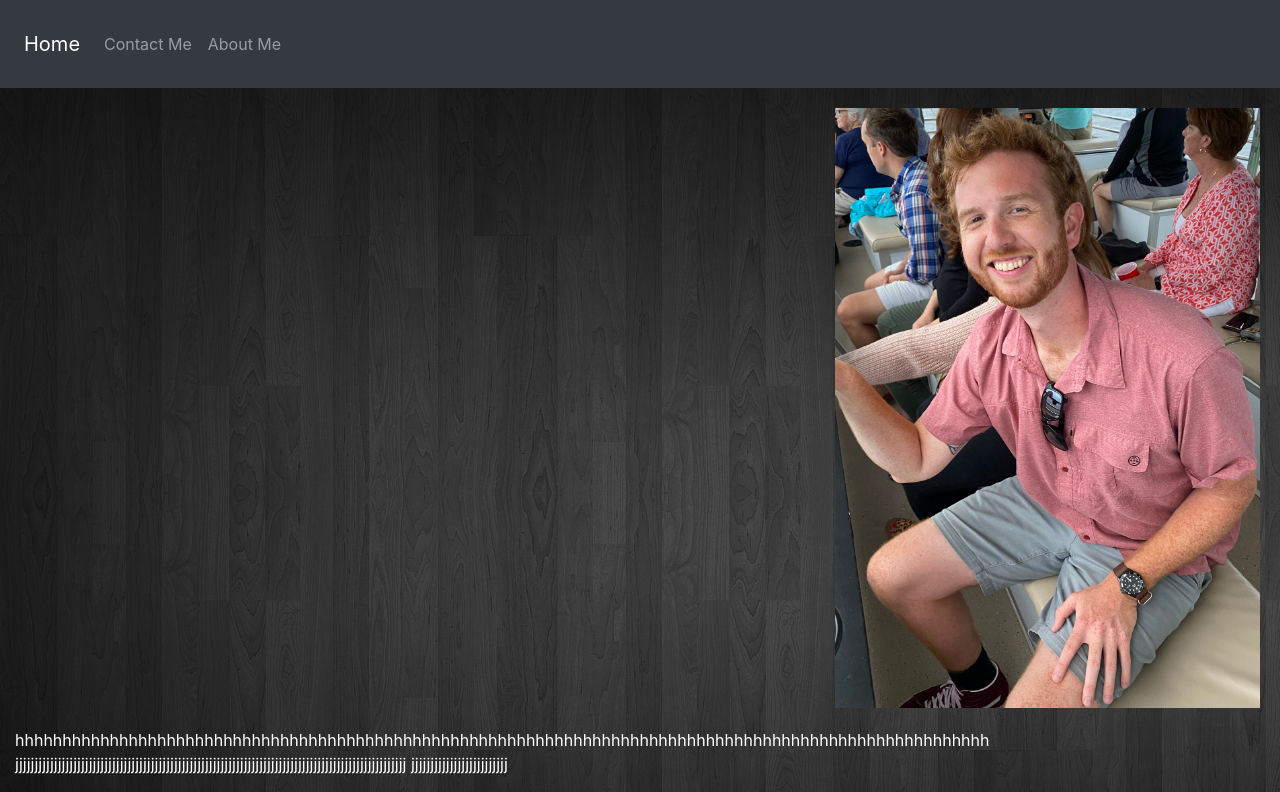
Repository: dupbd/portfolioWebPage
Page: BensSite/src/main/resources/static/aboutMe.html
These files come from the project's save history. The page is drawn as it stood at one moment and after the next save; the edit follows.
The browser window is 1280 px wide. The pictures show the whole page.

Above is the page before, as saved 2021-02-04 01:33:45.

After the next save:
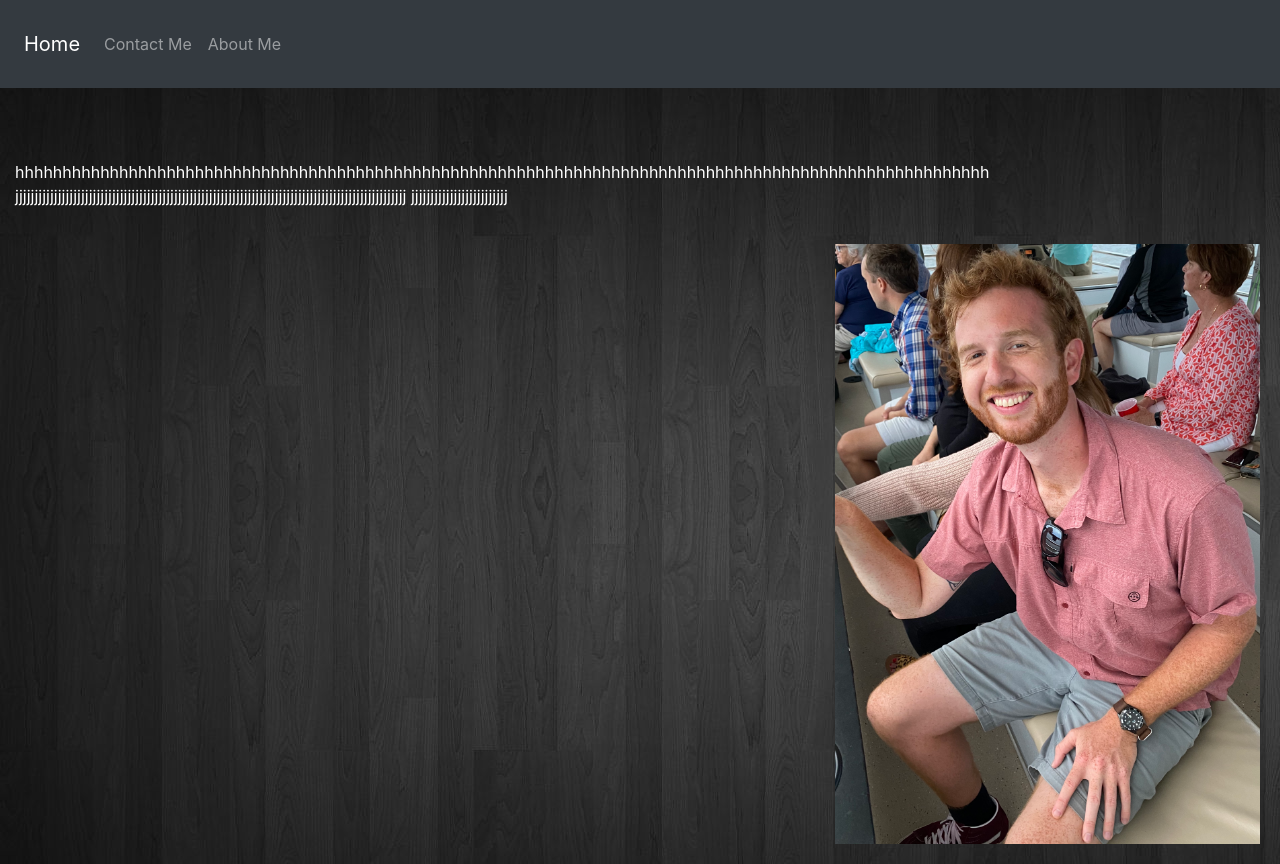
Saved 19 s later.
--- a/BensSite/src/main/resources/static/aboutMe.html
+++ b/BensSite/src/main/resources/static/aboutMe.html
@@ -25,11 +25,13 @@
   </div>
 </nav>
 
-<img class="me" src="me.jpeg" alt="It's Me" width="425" height="600" ALIGN="right" style="margin-right:20px; margin-top:20px; margin-bottom:20px;">
-
 <p class="aboutme"><br><br><br>hhhhhhhhhhhhhhhhhhhhhhhhhhhhhhhhhhhhhhhhhhhhhhhhhhhhhhhhhhhhhhhhhhhhhhhhhhhhhhhhhhhhhhhhhhhhhhhhhhhhhhh
 jjjjjjjjjjjjjjjjjjjjjjjjjjjjjjjjjjjjjjjjjjjjjjjjjjjjjjjjjjjjjjjjjjjjjjjjjjjjjjjjjjjjjjjjjjjjjjjjjjjjj
 jjjjjjjjjjjjjjjjjjjjjjjjj</p>
+
+<img class="me" src="me.jpeg" alt="It's Me" width="425" height="600" ALIGN="right" style="margin-right:20px; margin-top:20px; margin-bottom:20px;">
+
+
 
 
 </body>
